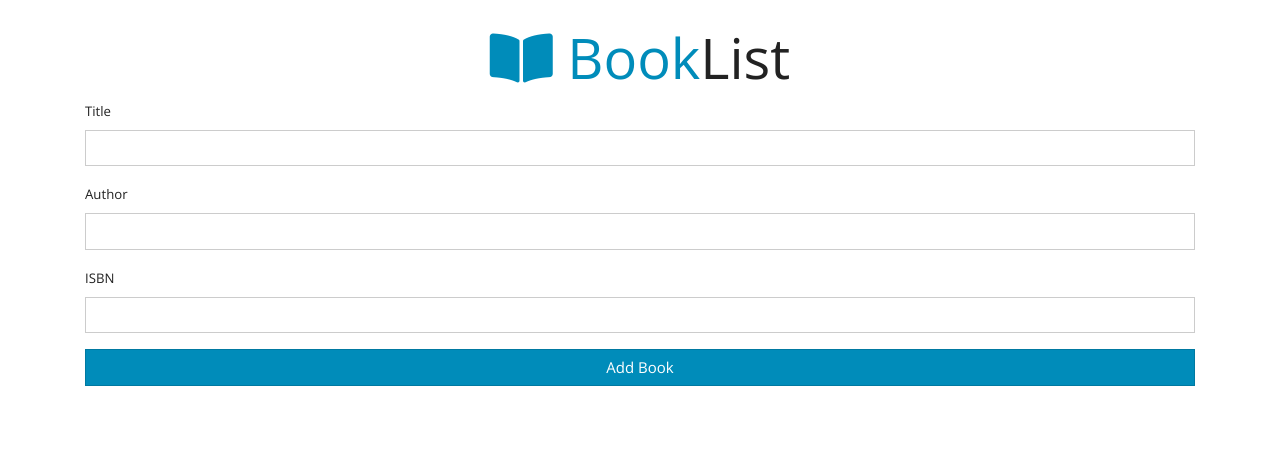
Repository: carrascomcesar/JSBOOKLIST
Page: index.html
The author's editor kept a copy of each file at every save. The page is drawn from the files as they stood at one save, then again after a run of saves.
The browser window is 1280 px wide. The pictures show the whole page.
Some web libraries are served in a nearby version.

Above is the page before, as saved 2021-02-01 10:44:16.

After the next 2 saves:
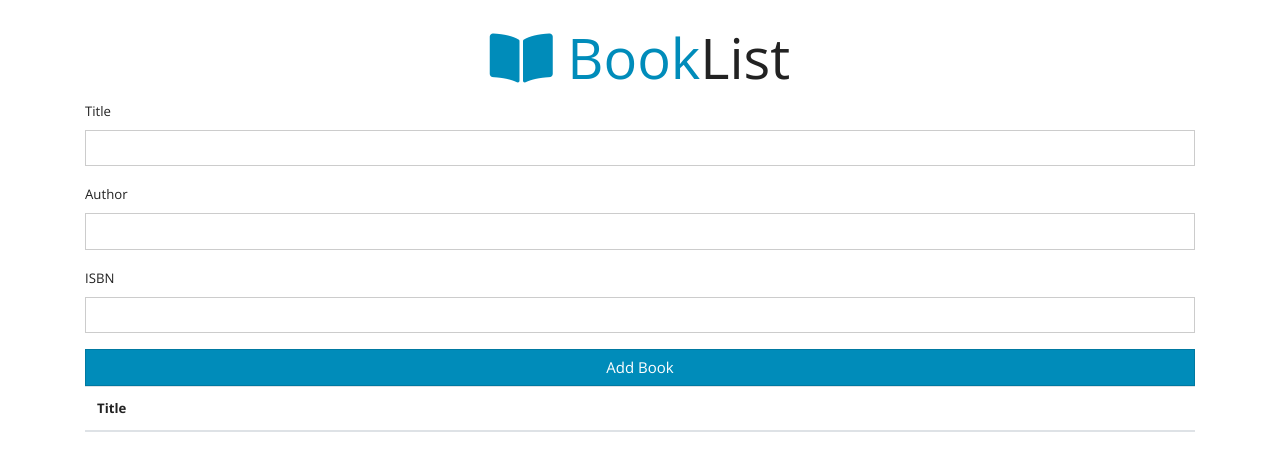
The 2 saves are shown as one change because they came seconds apart.
The last was saved 7 s later.
--- a/index.html
+++ b/index.html
@@ -31,7 +31,13 @@
             <input type="submit" value="Add Book" class="btn btn-primary btn-block">
         </form>
         <table class="table table-stripe">
-
+            <thead>
+                <tr>
+                    <th>
+                        Title
+                    </th>
+                </tr>
+            </thead>
         </table>
     </div>
 </body>
